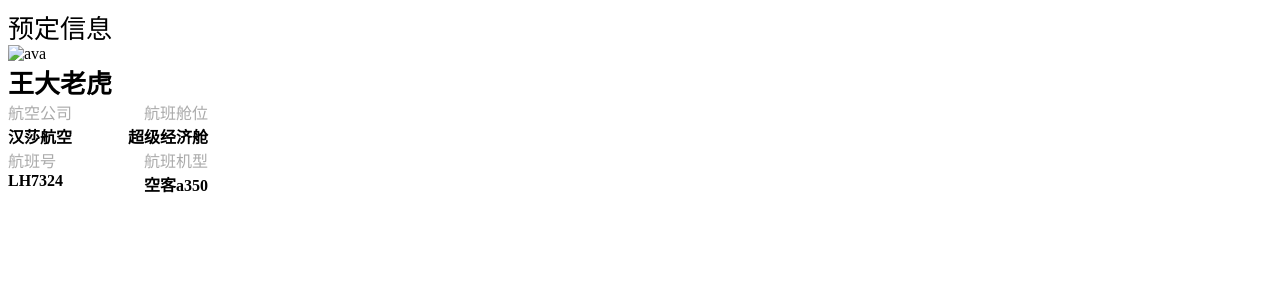
Repository: xzm1997/react-learning
Page: /
An editor plug-in stored every save of this project. The page is shown before and after the next save, followed by the edit.
The browser window is 1280 px wide. The pictures show the whole page.
The project was rebuilt for these pictures with package versions that can differ from the ones it lists, and the page was loaded fresh each time.

Above is the page before, as saved 2023-01-31 10:30:09.

After the next save:
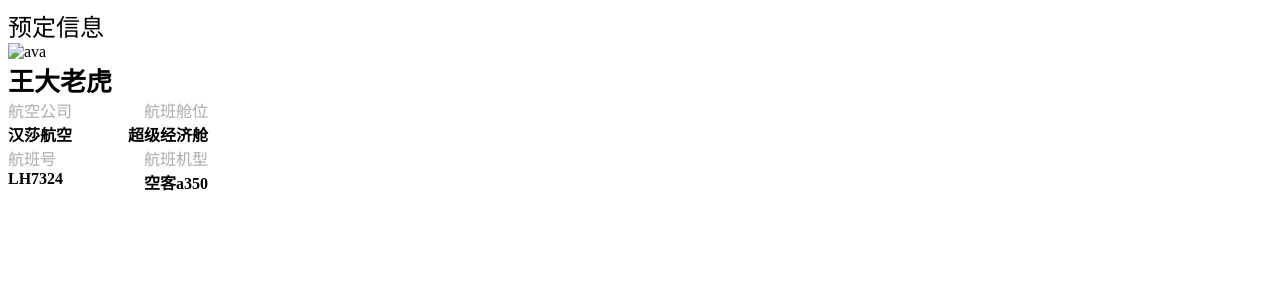
Saved 7 s later.
--- a/src/index.css
+++ b/src/index.css
@@ -13,7 +13,7 @@
 }
 
 .totalTitle {
-  font-size: 26px;
+  font-size: 24px;
 
 }
 
